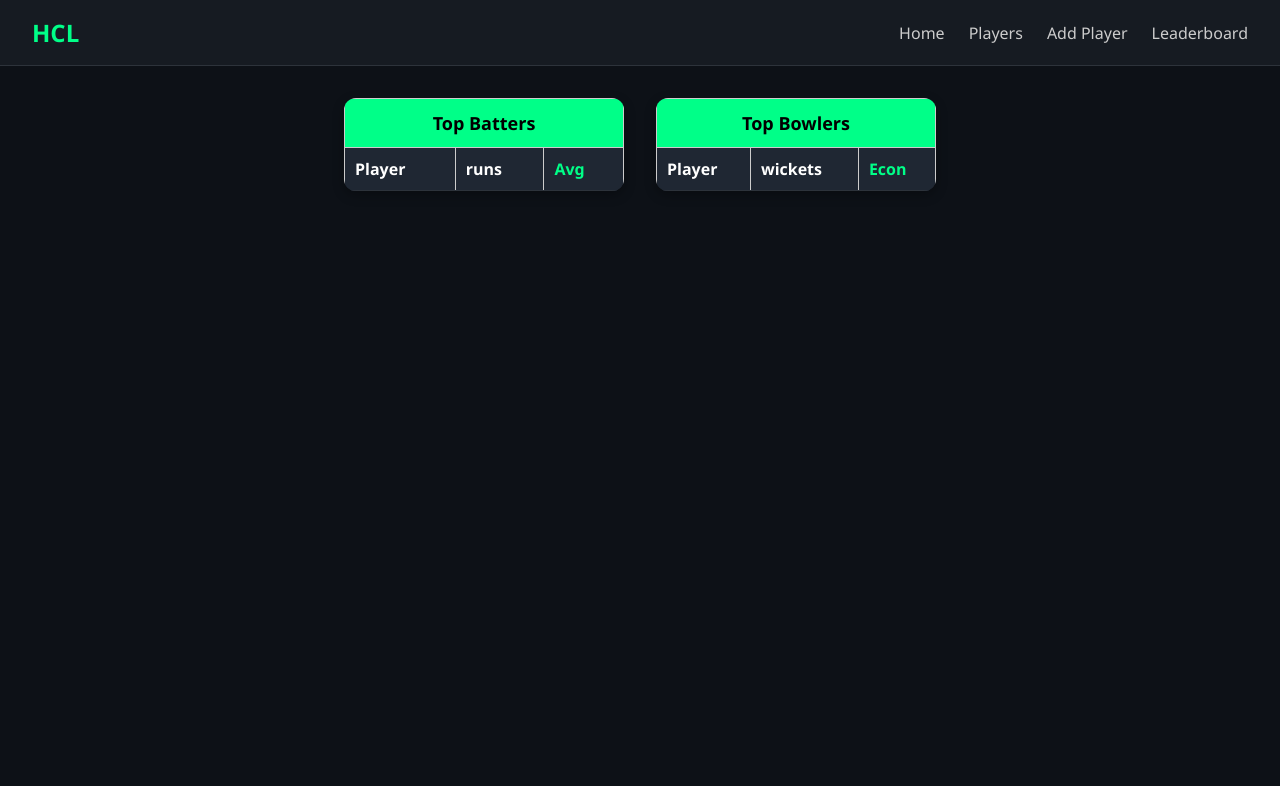
Repository: DanTastic-Dev/HCL
Page: / (app in cricket-app/)
The author's editor kept a copy of each file at every save. The page is drawn from the files as they stood at one save, then again after the next save.
The browser window is 1280 px wide. The pictures show the whole page.
The page's requests for data from a server got no answer. The project was rebuilt for these pictures with package versions that can differ from the ones it lists, and the page was loaded fresh each time. No one was signed in, and anything a server would have sent is missing. Also part of the build but not shown: cricket-app/src/components/TopPerformers.jsx, cricket-app/src/components/IntroAnimation.css, cricket-app/src/components/PlayerForm.jsx, cricket-app/src/components/PlayerTable.jsx, cricket-app/src/pages/AddPlayerPage.jsx, cricket-app/src/components/PlayerCard.jsx, cricket-app/src/pages/ViewPlayersPage.jsx, cricket-app/src/pages/LeaderboardPage.jsx and 1 more.

Above is the page before, as saved 2025-06-18 15:02:15.

After the next save:
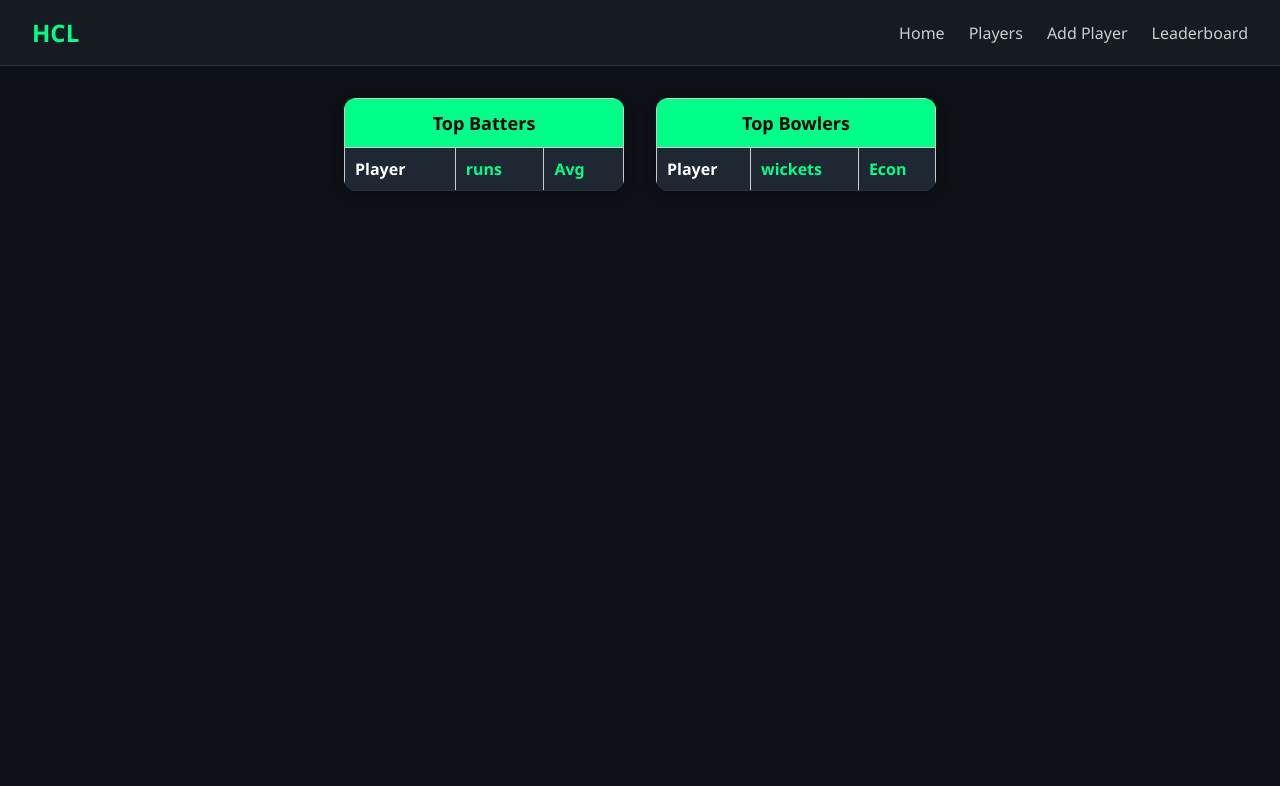
Saved 9 s later.
--- a/cricket-app/src/components/MiniLeaderboards.jsx
+++ b/cricket-app/src/components/MiniLeaderboards.jsx
@@ -70,7 +70,7 @@ const MiniLeaderboards = ({ players }) => {
                                     <th style={{
                                         padding: "10px",
                                         textAlign: "left",
-                                        color: "#ffffff",
+                                        color: "#00FF88",
                                         backgroundColor: "#1f2733",
                                         borderBottom: "1px solid #2D333B"
                                     }}>{section.keys[0]}</th>
